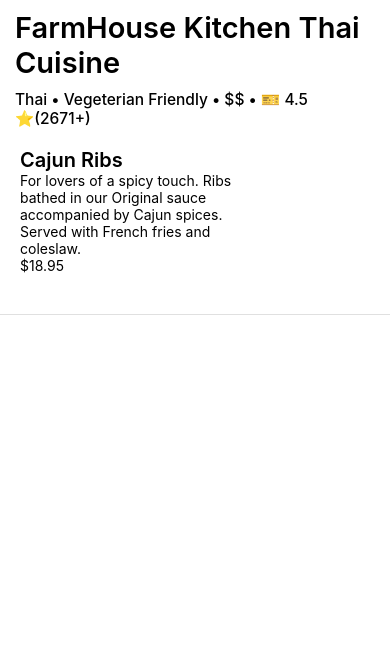
Repository: remydev47/ubereats-frontend
Screen: /
An editor plug-in stored every save of this project. The screen is shown before and after the next save, followed by the edit.
The pictures show rows 180 to 844 of an output 844 px tall.
Pictures or frames that could not be fetched are drawn as grey boxes. The app was drawn by React Native's web renderer in a window 390 px wide. The project was rebuilt for these pictures with package versions that can differ from the ones it lists, and the page was loaded fresh each time. Also part of the build but not shown: components/Home/HeaderTabs.js, components/Home/SearchBar.js, components/Home/Categories.js, components/Home/RestaurantItems.js, components/Home/BottomTabs.js, Screens/Home.js.

Above is the screen before, as saved 2022-05-29 23:41:17.

After the next save:
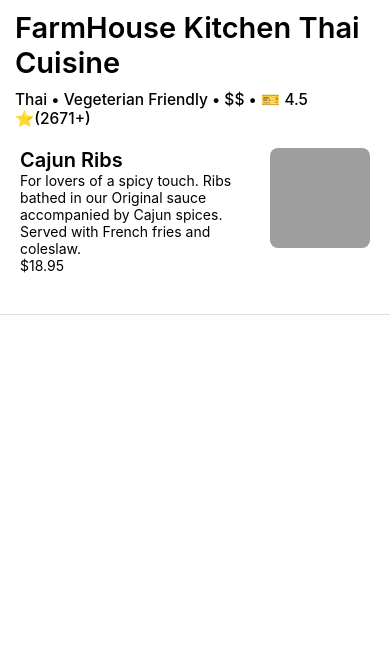
Saved 3 min 46 s later.
--- a/components/restaurantDetails/MenuItems.js
+++ b/components/restaurantDetails/MenuItems.js
@@ -1,4 +1,4 @@
-import { View, Text, StyleSheet } from 'react-native'
+import { View, Text, StyleSheet, Image } from 'react-native'
 import React from 'react'
 
 const foods = [
@@ -52,7 +52,7 @@
     <View>
       <View style={styles.menuItemStyle}>
        <FoodInfo food={foods[0]}/>
-      {/* <FoodImage food={foods[0]}/> */}
+       <FoodImage food={foods[0]}/>
      </View>
     </View>
   )
@@ -67,3 +67,11 @@
        </View>
     )
 }
+
+const FoodImage = (props) => {
+  return(
+    <View>
+      <Image source={{uri: props.food.image}} style={{height: 100, width: 100, borderRadius: 8}}/>
+    </View>
+  )
+}
